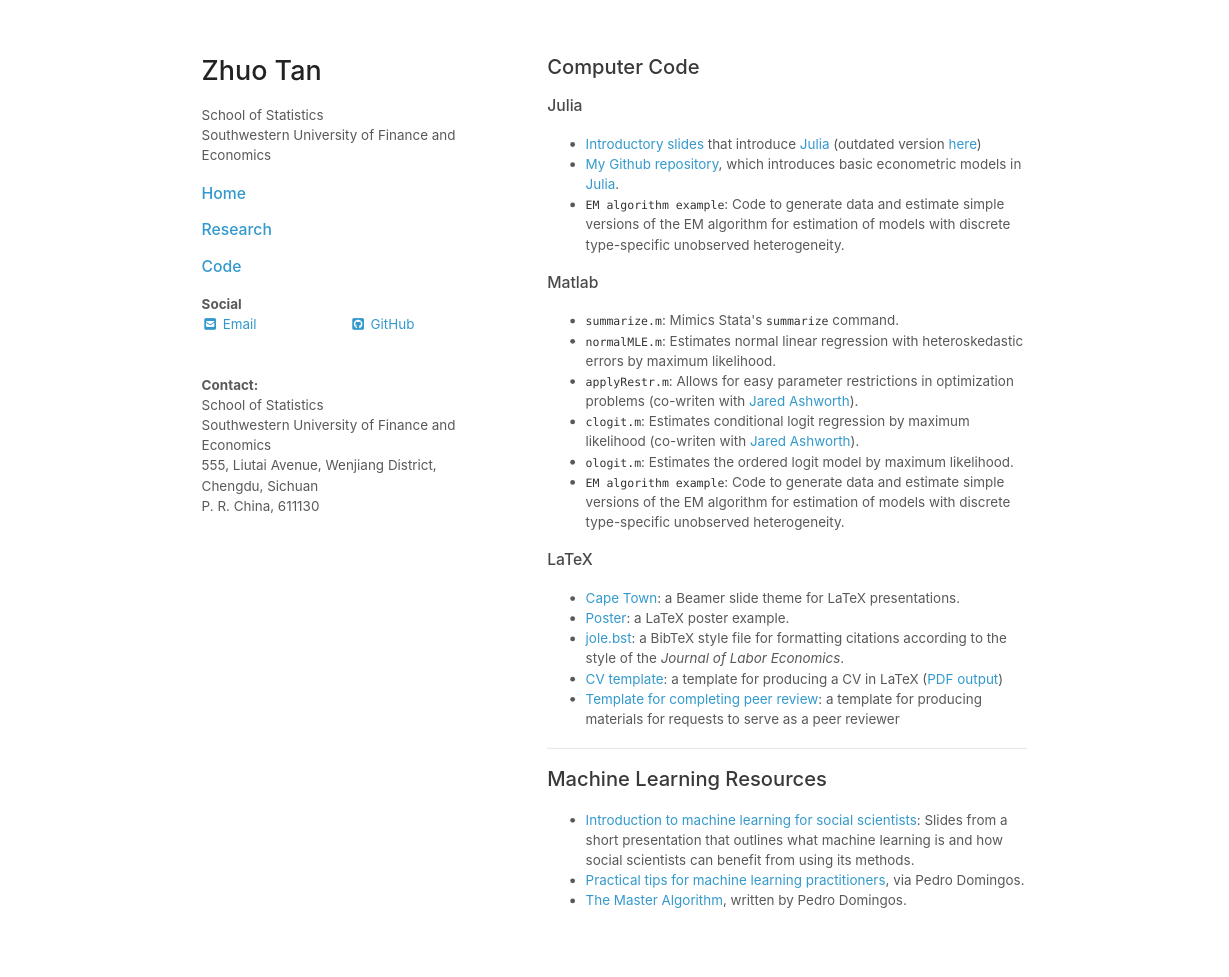
Repository: dfuttu1/dfuttu1.github.io
Page: code.html
An editor plug-in stored every save of this project. The page is shown before and after the next save, followed by the edit.
The browser window is 1280 px wide. The pictures show the whole page, at 96% of full size.
Some web libraries are served in a nearby version.

Above is the page before, as saved 2023-08-15 10:02:26.
Not found: stylesheets/github-light.css

After the next save:
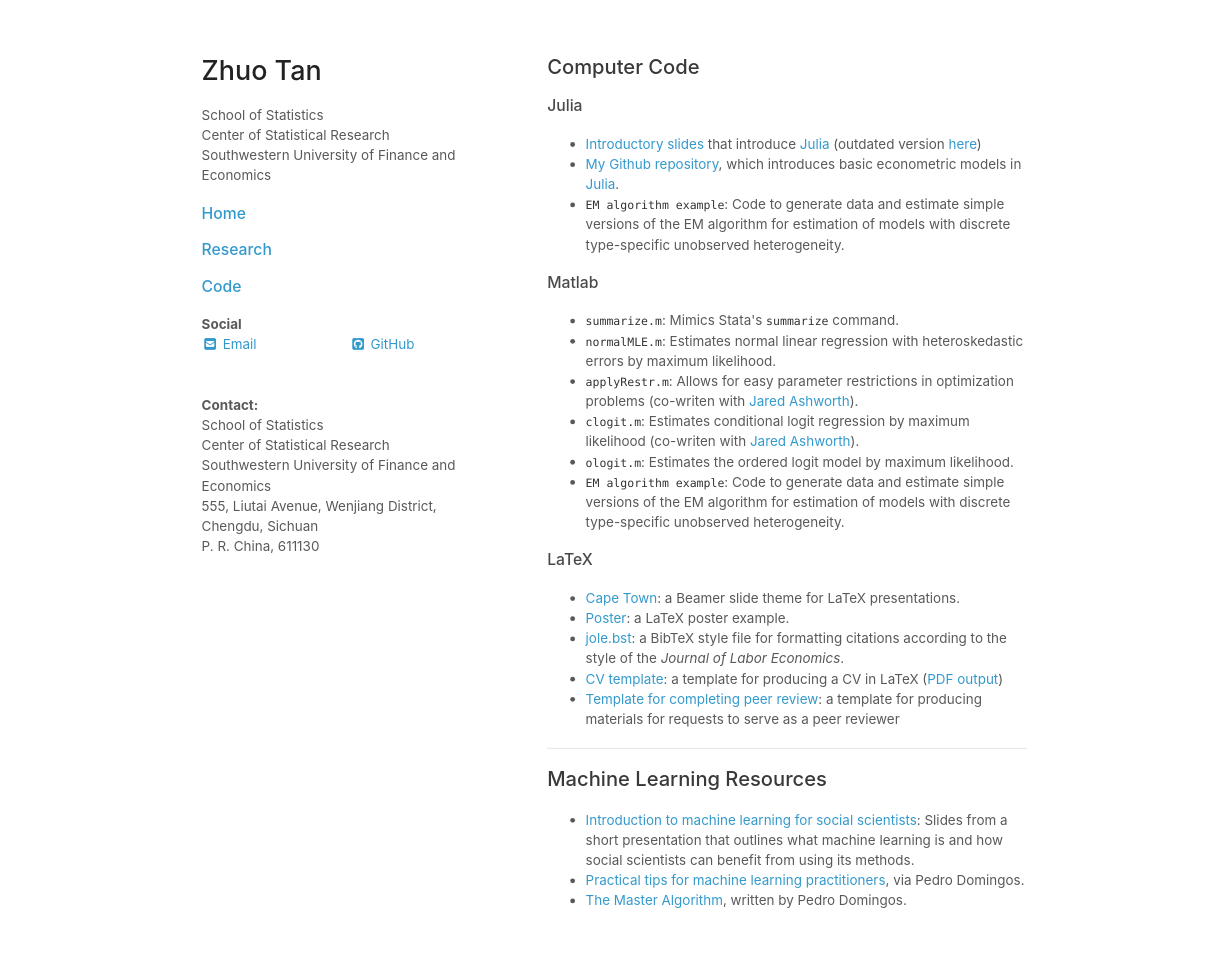
Saved 30 s later.
--- a/code.html
+++ b/code.html
@@ -83,7 +83,7 @@
     <div class="wrapper">
       <header>
         <h1>Zhuo Tan</h1>
-        <p>School of Statistics<br>Southwestern University of Finance and Economics</p>
+        <p>School of Statistics<br>Center of Statistical Research<br>Southwestern University of Finance and Economics</p>
         <!-- <p>Research Affiliate<br><a href="https://csr.swufe.edu.cn/">Center of Statistical Research</a></p> -->
         <!-- <p>Fellow<br><a href="https://glabor.org/user/tyleransom/">Global Labor Organization (GLO)</a></p> -->
     <h3><a href="https://dfuttu1.github.io/">Home</a></h3>
@@ -105,7 +105,7 @@
         </div>
         <br>
 
-    <p><b>Contact:</b><br>School of Statistics<br>Southwestern University of Finance and Economics<br>555, Liutai Avenue, Wenjiang District, Chengdu, Sichuan<br>P. R. China, 611130</p>
+    <p><b>Contact:</b><br>School of Statistics<br>Center of Statistical Research<br>Southwestern University of Finance and Economics<br>555, Liutai Avenue, Wenjiang District, Chengdu, Sichuan<br>P. R. China, 611130</p>
     <!-- <p><small>Hosted on GitHub Pages &mdash; Theme by <a href="https://github.com/orderedlist">orderedlist</a></small></p> -->
       </header>
       <section>
